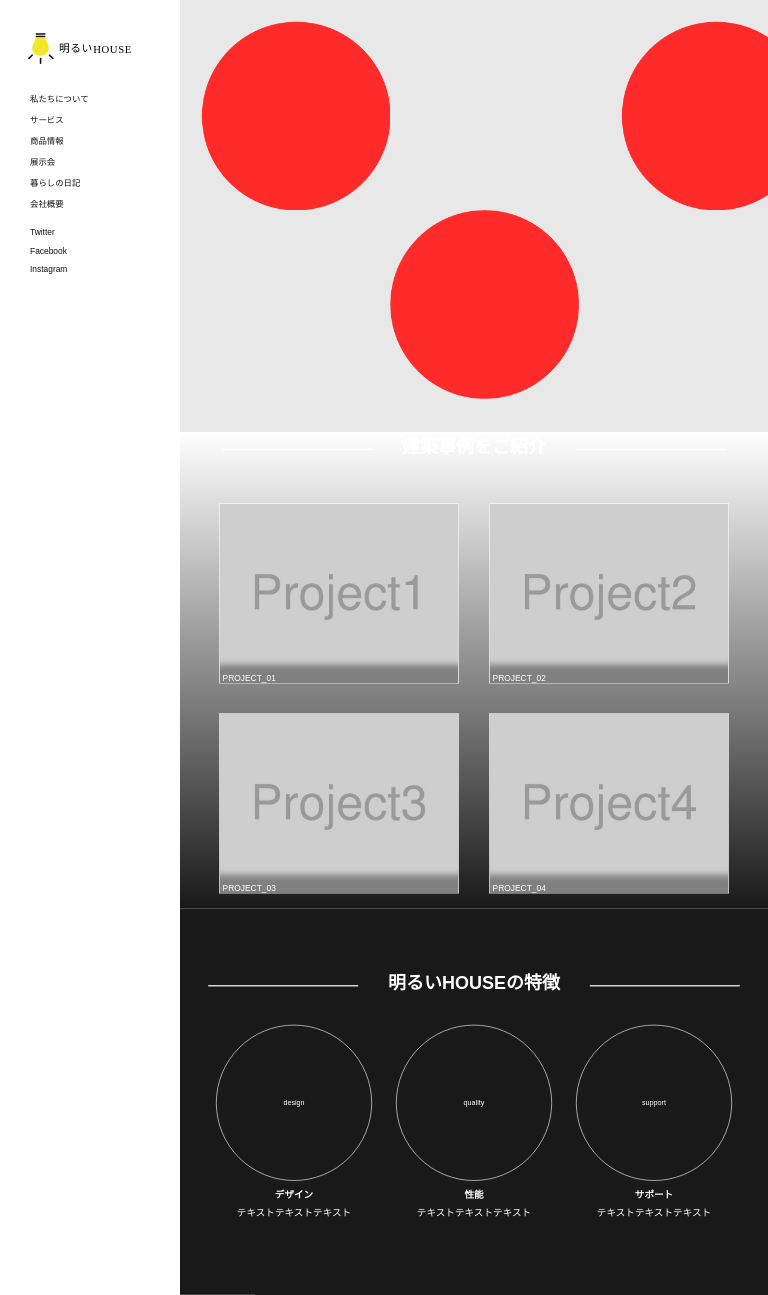
Repository: n19880405nick/challenge
Page: Codestep/House/house.html
The author's editor kept a record of every edit. The page is drawn from the files as they stood at one moment, then again after the next edit.
The browser window is 1280 px wide. The pictures show the whole page, at 60% of full size.

Above is the page before.

### Codestep/House/house.html
<!DOCTYPE html>
<html lang="ja">
  <head>
    <meta charset="utf-8">
    <meta name="viewport" content="width=device-width, initial-scale=1.0">
    <title>明るいHOUSE</title>
    <link rel="stylesheet" href="house.css">
    <link rel="shortcut icon" href="img/favicon.ico">
    <script src="https://ajax.googleapis.com/ajax/libs/jquery/3.5.1/jquery.min.js"></script>
    <script src="main.js"></script>
  </head>

  <body>
    <header>
      <a href=""><img class="logo" src="img/logo.svg"></a>
      <nav>
        <ul>
          <li><a href="">私たちについて</a></li>
          <li><a href="">サービス</a></li>
          <li><a href="">商品情報</a></li>
          <li><a href="">展示会</a></li>
          <li><a href="">暮らしの日記</a></li>
          <li><a href="">会社概要</a></li>
          <li><a href="https://twitter.com/">Twitter</a></li>
          <li><a href="https://www.facebook.com/">Facebook</a></li>
          <li><a href="https://www.instagram.com/">Instagram</a></li>
        </ul>
      </nav>
      <button class="hamburger">
        <span></span>
        <span></span>
        <span></span>
      </button>
    </header>

    <main>
      <div class="totop"><a href="#"></a></div>
      <div id="background"></div>

      <section id="introduce">
        <span class="title">建築事例をご紹介</span>
        <div class="intro-contents">
          <a class="intro-content1" href="">
            <span class="intro-text">PROJECT_01</span>
          </a>
          <a class="intro-content2" href="">
            <span class="intro-text">PROJECT_02</span>
          </a>
          <a class="intro-content3" href="#">
            <span class="intro-text">PROJECT_03</span>
          </a>
          <a class="intro-content4" href="#">
            <span class="intro-text">PROJECT_04</span>
          </a>
        </div>
      </section>

      <section id="feature">
        <span class="title">明るいHOUSEの特徴</span>
          <div class="feature-contents">
          <div class="feature-content">
            <a class="circle" href="#">
              <span>design</span>
            </a>
            <p>デザイン</p>
            <p>テキストテキストテキスト</p>
          </div>
          <div class="feature-content">
            <a href="#"><div class="circle">
              <span>quality</span>
            </div></a>
            <p>性能</p>
            <p>テキストテキストテキスト</p>
          </div>
          <div class="feature-content">
            <a href="#"><div class="circle">
              <span>support</span>
            </div></a>
            <p>サポート</p>
            <p>テキストテキストテキスト</p>
          </div>
        </div>
      </section>

      <section id="step"></section>
      <section id="contact"></section>

    </main>

    <footer></footer>
  </body>
</html>

### Codestep/House/house.css
*{
  margin: 0;
  padding: 0;
  box-sizing: border-box;
}

body{
  color: #121212;
  font-family: 'Noto Sans JP', sans-serif;
}
/*header*/
header{
  width: 300px;
  height: 100vh;
  position: fixed;
}

.logo{
  width: 200px;
  height: 100px;
  margin: 30px 0 0 40px;
}

nav ul{
  margin: 20px 0 0 50px;
  font-size: 14px;
}

nav ul li{
  margin: 15px 0;
  list-style: none;
}

nav ul li:nth-child(7){
  margin-top: 30px;
}

a{
  color: #121212;
  text-decoration: none;
}
/*レスポンシブにて表示部分*/
.hamburger{
  width: 100px;
  height: 100px;
  background-color: transparent;
  border-color: transparent;
  position: absolute;
  top: 0;
  right: 0;
  visibility: hidden;
  opacity: 0;
}
/*main*/
main{
  width: calc(100vw - 300px);
  margin-left: 300px;
  position: relative;
}

#background{
  width: calc(100vw - 300px);
  height: 100vh;
  background-image: url("img/bg.gif");
  background-repeat: repeat;
  position: sticky;
  top: 0;
  z-index: -3;
  animation: bgloop 10s linear infinite;
}

@keyframes bgloop{
  0% { background-position: 0 0;}
  100% { background-position: -700px 700px;}
}
/*introduce*/
#introduce{
  text-align: center;
  background: linear-gradient(to bottom, transparent, rgba(0, 0, 0, 0.9));
}

.title{
  max-width: 900px;
  margin: 0 auto;
  font-size: 30px;
  font-weight: bold;
  position: relative;
  color: white;
}

.title::before, .title::after{
  content: "";
  position: absolute;
  top: 20px;
  width: 250px;
  height: 2px;
  background-color: white;
}

.title::before{
  left: -300px;
}

.title::after{
  right: -300px;
}

.intro-contents, .feature-contents{
  max-width: 900px;
  margin: 50px auto 0;
  display: flex;
  flex-wrap: wrap;
}

.intro-content1, .intro-content2,
.intro-content3, .intro-content4{
  width: 400px;
  height: 300px;
  margin: 25px;
  border: solid 1px white;
  background-position: center;
  background-size: cover;
  position: relative;
}

.intro-content1{
  background-image: url("img/project1.jpg");
}

.intro-content2{
  background-image: url("img/project2.jpg");
}

.intro-content3{
  background-image: url("img/project3.jpg");
}

.intro-content4{
  background-image: url("img/project4.jpg");
}

.intro-content1::after,
.intro-content2::after,
.intro-content3::after,
.intro-content4::after{
  content: "";
  width: 100%;
  height: 100%;
  position: absolute;
  bottom: 0;
  left: 0;
  box-shadow:inset 0 -40px 10px -10px gray;
  z-index: 2;
}

.intro-text{
  font-size: 14px;
  position: absolute;
  bottom: 0;
  left: 5px;
  color: white;
  z-index: 3;
}

/*feature*/
#feature{
  padding: 100px 0 50px;
  text-align: center;
  background-color:rgba(0, 0, 0, 0.9);
}

.feature-content{
  width: 300px;
  height: 400px;
  color: white;
  text-align: center;
}

.circle{
  width: 260px;
  height: 260px;
  color: white;
  margin: 0 auto;
  border: solid 1px white;
  border-radius: 130px;
  display: flex;
  align-items: center;
  justify-content: center;
  position: relative;
  transition: 0.5s;
}

.circle:hover{
  background-color: gray;
}



.circle span{
  font-size: 12px;
}

.feature-content p:nth-child(2){
  margin: 10px 0 5px;
  font-weight: bold;
}

Loaded but not shown: Codestep/House/main.js (no copy from this time; the picture is the same without it)

After the next edit:
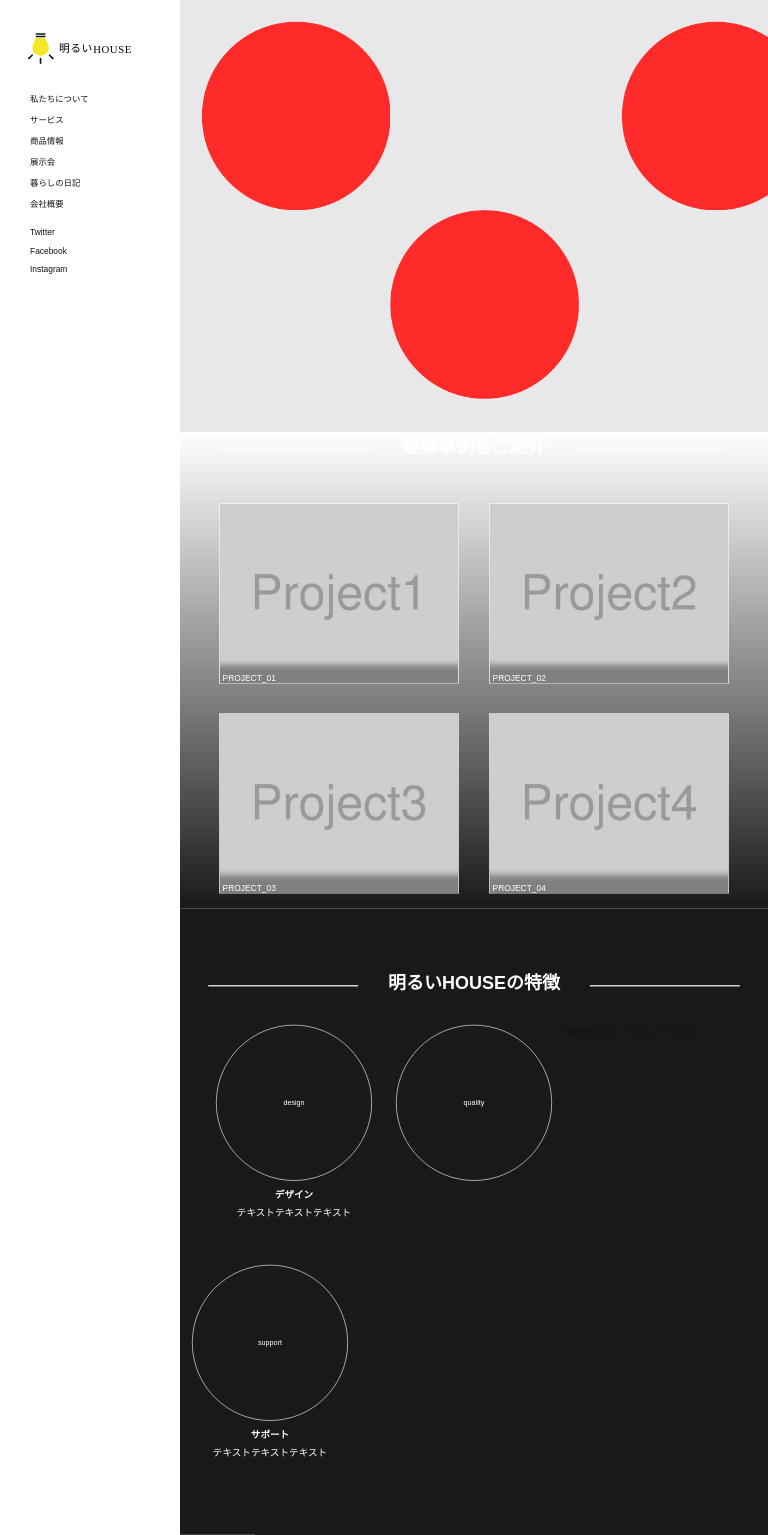
The edit:
--- a/Codestep/House/house.html
+++ b/Codestep/House/house.html
@@ -66,7 +66,7 @@
             <p>テキストテキストテキスト</p>
           </div>
           <div class="feature-content">
-            <a href="#"><div class="circle">
+            <a class="circle" href="#">
               <span>quality</span>
             </div></a>
             <p>性能</p>

After the edit that followed:
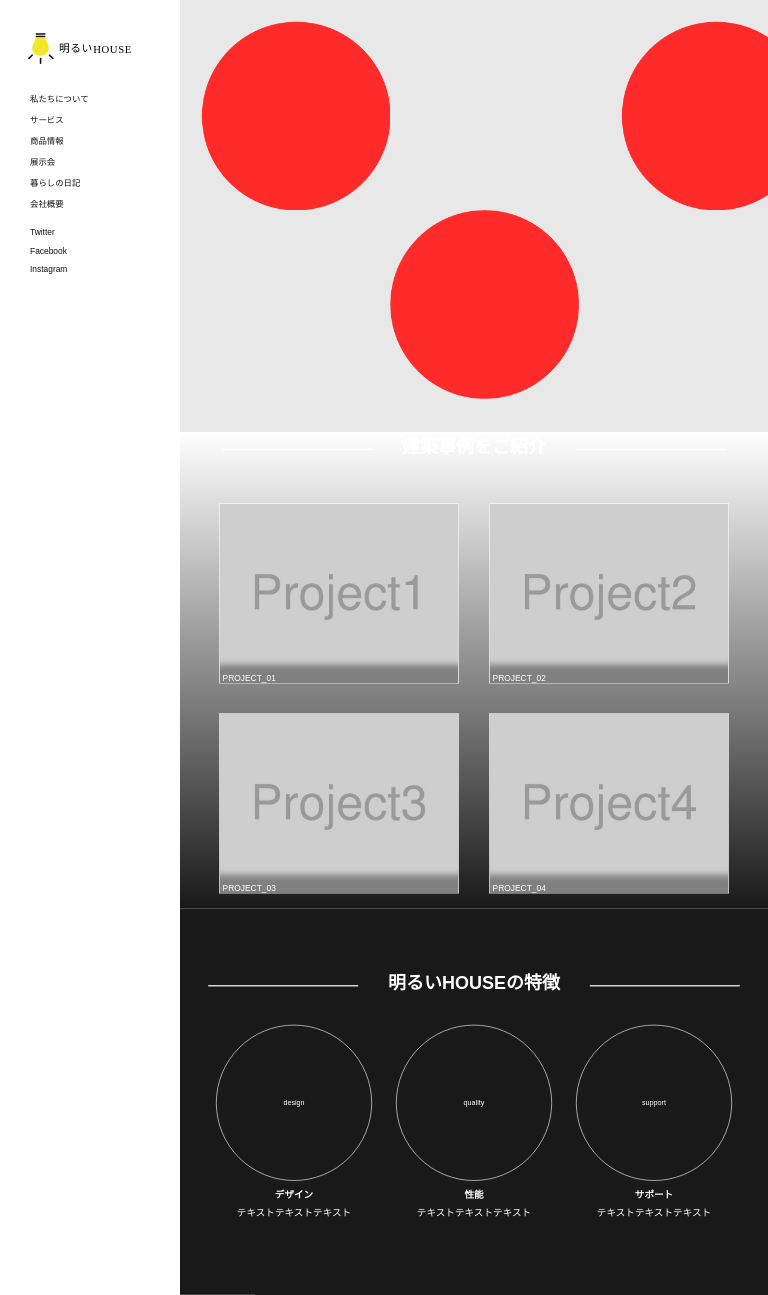
The edit:
--- a/Codestep/House/house.html
+++ b/Codestep/House/house.html
@@ -68,7 +68,7 @@
           <div class="feature-content">
             <a class="circle" href="#">
               <span>quality</span>
-            </div></a>
+            </a>
             <p>性能</p>
             <p>テキストテキストテキスト</p>
           </div>
